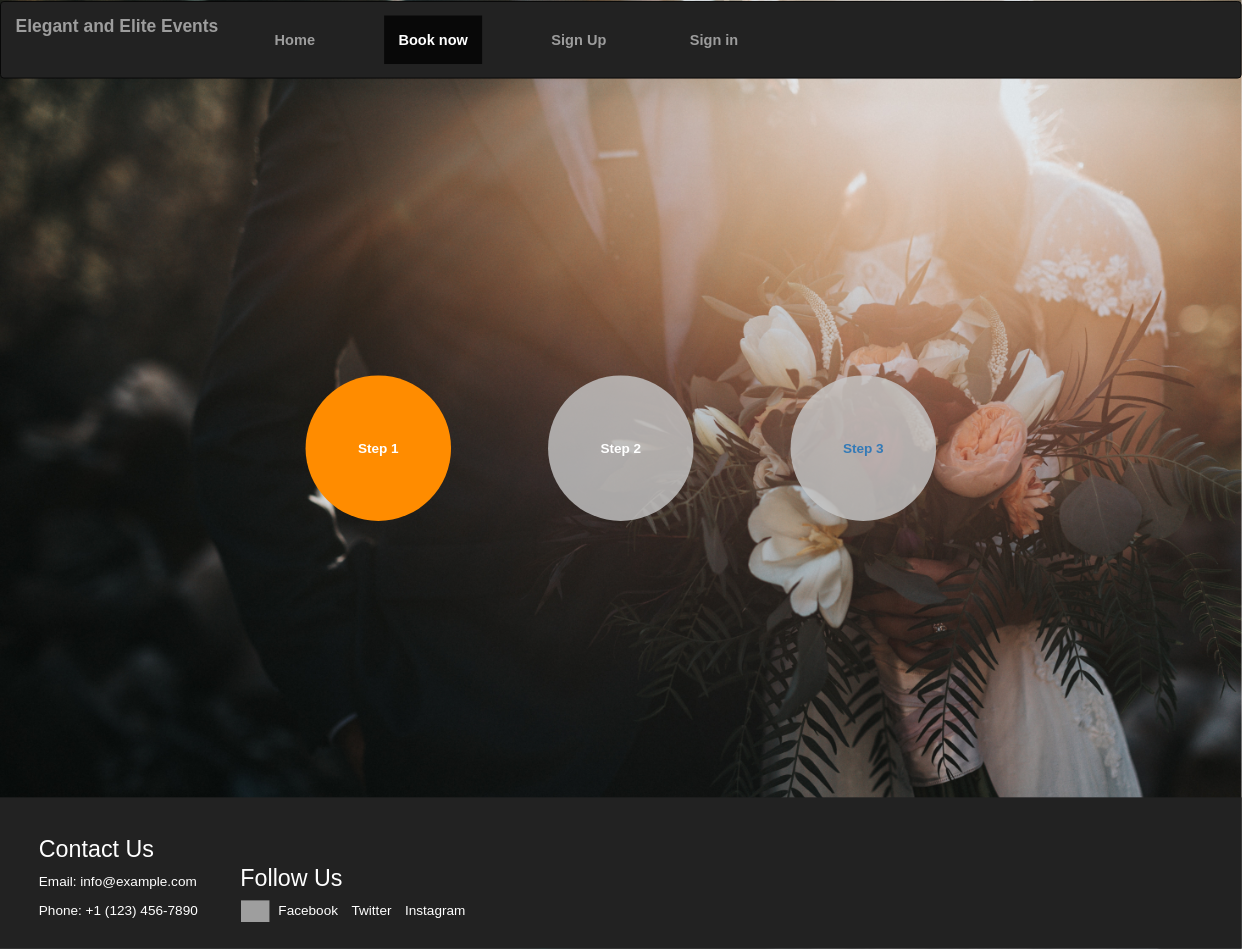
Repository: it22272690/Event-Planning-System
Page: http://localhost/PaymentDemo/Navigate.jsp
An editor plug-in stored every save of this project. The page is shown before and after the next save, followed by the edit.
The browser window is 1280 px wide. The pictures show the whole page, at 97% of full size.
The pointer rests on the first visible `.step`.
Pictures or frames that could not be fetched are drawn as grey boxes. The page is served by Tomcat 10. Other server files are loaded and not shown.

Above is the page before, as saved 2023-10-23 16:49:26.

### PaymentDemo/src/main/webapp/Navigate.jsp
<%@ page language="java" contentType="text/html; charset=ISO-8859-1"
    pageEncoding="ISO-8859-1"%>
<!DOCTYPE html>

<html lang="en">
<head>
    <title>Event Planning System</title>
    <link rel="stylesheet" type="text/css" href="css\home.css">


    <title>Bootstrap Example</title>
    <meta charset="utf-8">
    <meta name="viewport" content="width=device-width, initial-scale=1">
    <link rel="stylesheet" href="https://maxcdn.bootstrapcdn.com/bootstrap/3.4.1/css/bootstrap.min.css">
    <script src="https://ajax.googleapis.com/ajax/libs/jquery/3.6.4/jquery.min.js"></script>
    <script src="https://maxcdn.bootstrapcdn.com/bootstrap/3.4.1/js/bootstrap.min.js"></script>
</head>
<body>
    <header>

        <nav class="navbar navbar-inverse">

            <div class="container-fluid">
                <div class="navbar-header">

                    <a class="navbar-brand" href="#"><b>Elegant and Elite Events</b></a>

                </div>
                <ul class="nav navbar-nav">

                    <li ><a href="Home.jsp">Home</a></li>
                    <li class="active"><a href="Navigate.jsp">Book now</a></liclass="active">
                    <li><a href="Signup.jsp">Sign Up</a></li>
                    <li><a href="Signin.jsp">Sign in</a></li>


                </ul>
            </div>
        </nav>

    </header>

    <style>

        body {
            font-family: Arial, sans-serif;
            background-color: #f0f0f0;
            text-align: center;
            background-image: url("images/navigate.jpg");
            background-size: cover
        }

        .navigation {
            display: flex;
            justify-content: center;
            align-items: center;
            height: 100vh;
        }

        .step {
            width: 150px;
            height: 150px;
            background-color: rgba(200, 200, 200, 0.8);
            border-radius: 50%;
            margin: 0 50px;
            display: flex;
            justify-content: center;
            align-items: center;
            color: #fff;
            font-weight: bold;
            cursor: pointer;
            transition: background-color 0.3s;
        }

            .step:hover {
                background-color: #FF8C00;
            }

        .form {
            display: none;
        }

            .form.active {
                display: block;
            }
    </style>
    </head>
    <body>

        <div class="navigation">
            <div class="step" id="step1">Step 1</div>
            <div class="step" id="step2">Step 2</div>
    		<div class="step" id="step3"><a href="paymentInsert.jsp">Step 3</a></div>
        </div>

        <div class="form" id="form1">
            <!-- Step 1 content goes here -->
            <h2></h2>
        </div>

        <div class="form" id="form2">
            <!-- Step 2 content goes here -->
            <h2>Step 2 Form</h2>
        </div>

        <div class="form" id="form3">
            <!-- Step 3 content goes here -->
            <h2>Step 3 Form</h2>
        </div>



        <script>
            const steps = document.querySelectorAll('.step');
            const forms = document.querySelectorAll('.form');

            steps.forEach((step, index) => {
                step.addEventListener('click', () => {
                    // Hide all forms
                    forms.forEach(form => form.classList.remove('active'));

                    // Show the selected form
                    forms[index].classList.add('active');
                });
            });
        </script>
        <footer>
            <div class="contact">
                <h3>Contact Us</h3>
                <p>Email: info@example.com</p>
                <p>Phone: +1 (123) 456-7890</p>
            </div>
            <div class="social-media">

                <h3>Follow Us</h3>
                <img src="images\foot.jpg" alt="Chicago" style="width:5%;" style="height:5%;">
                <a href="#">Facebook</a>
                <a href="#">Twitter</a>
                <a href="#">Instagram</a>

            </div>
        </footer>
    </body>
</html>

### PaymentDemo/src/main/webapp/css/home.css

.button {
    display: inline-block;
    padding: 10px 20px;
    background-color: #D2691E;
    color: #fff;
    text-decoration: none;
    border-radius: 10px;
    margin-right: 10px;
}

body {
    font-family: 'Courier New';
    margin: 0;
    padding: 0;
    background-color: #FFE4B5;
    color: #fff;
}

header {
    display: flex;
    font-family: Arial;
    font-size: 15px;
    align-items: center;

    padding: 1px 0;
    justify-content: space-between; /* Center buttons horizontally */
}

    header img {
        width: 100px; /* Adjust the width as needed */
        height: auto; /* Preserve the aspect ratio */
        margin-left: 20px; /* Add some left margin to the logo */
    }

nav ul {
    list-style-type: none;
    padding: 0;
    text-align: center; /* Center buttons vertically */
}

    nav ul li {
        display: inline;
        float: right;
        display: block;
        color: white;
        padding: 14px 18px;
        text-decoration: none;
    }

        nav ul li a {
            color: #fff;
            text-decoration: none;
            font-weight: bold;
            margin: 0 10px; /* Add some horizontal spacing between the buttons */
        }

.services {
    display: flex;
    flex-wrap: wrap;
    justify-content: center;
    margin: 20px auto;
    max-width: 1200px;
    color: #8B4513; /* Set the text color to white for visibility */
}

.service {
    background-color: #fff;
    border: 1px solid #FF4500; /* Slightly darker border */
    border-radius: 5px;
    padding: 20px;
    margin: 10px;
    text-align: center;
    width: calc(33.33% - 20px);
}

footer {
    background-color: #222; /* Dark background for footer */
    padding: 20px;
    text-align: left;
}

.contact, .social-media {
    display: inline-block;
    margin: 0 20px;
    text-align: left;
    color: #fff;
}

    .social-media a {
        color: #fff;
        text-decoration: none;
        margin: 5px;
        text-align: left;
    }

/* Add this CSS to style the search bar */
.search-section {
    display: flex;
    align-items: center;
}

.search-bar {
    padding: 10px;
    border: 1px solid #ccc;
    border-radius: 5px;
    margin-right: 10px;
    width: 200px; /* Adjust the width as needed */
    outline: none; /* Remove the outline on focus */
}

    .search-bar::placeholder {
        color: #999; /* Placeholder text color */
    }

.search-button {
    background-color: #D2691E;
    color: #fff;
    padding: 10px 20px;
    border: none;
    border-radius: 5px;
    cursor: pointer;
    font-weight: bold;
}

After the next save:
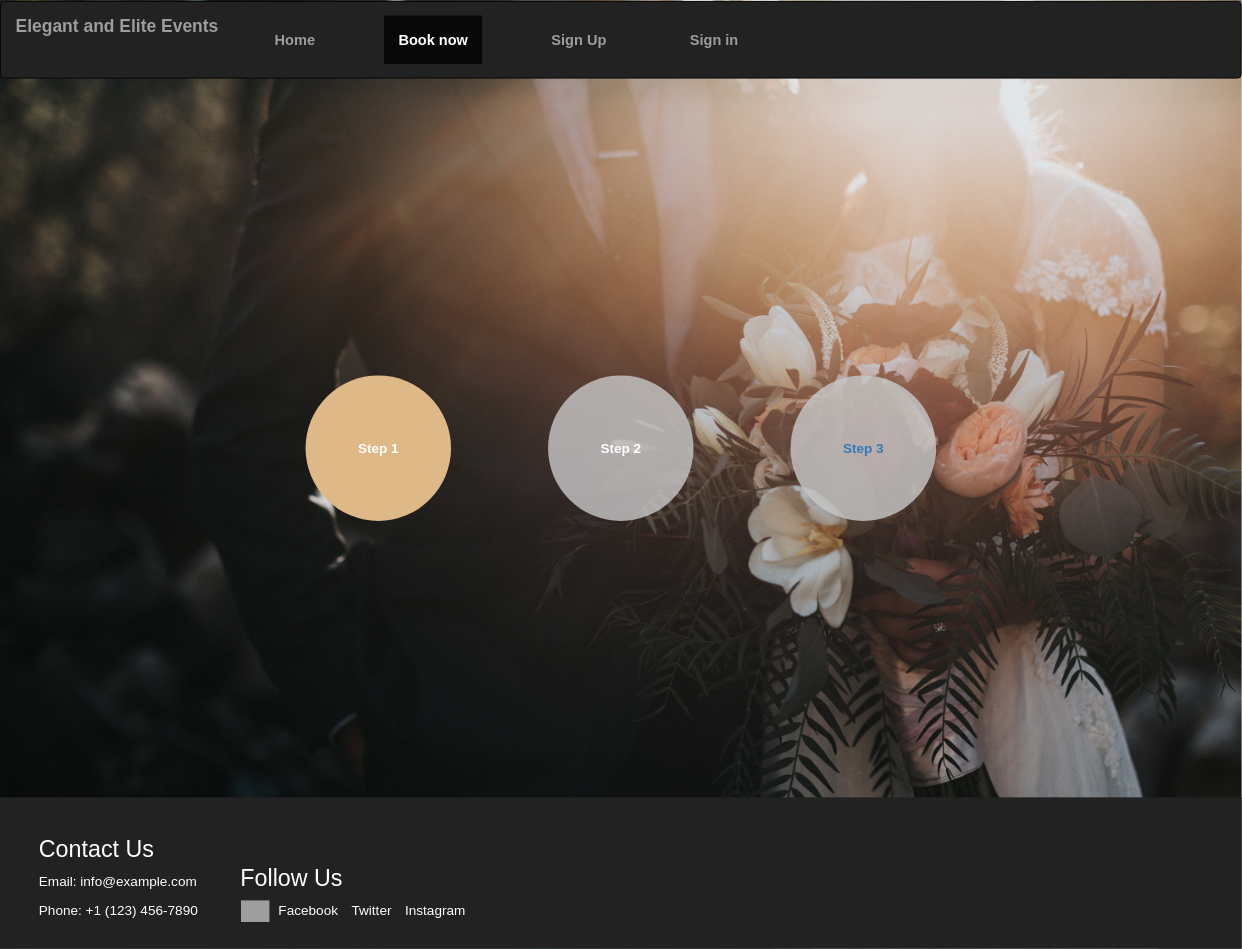
Saved 2 min 29 s later.
--- a/PaymentDemo/src/main/webapp/Navigate.jsp
+++ b/PaymentDemo/src/main/webapp/Navigate.jsp
@@ -73,7 +73,7 @@
         }
 
             .step:hover {
-                background-color: #FF8C00;
+                background-color: #DEB887;
             }
 
         .form {
